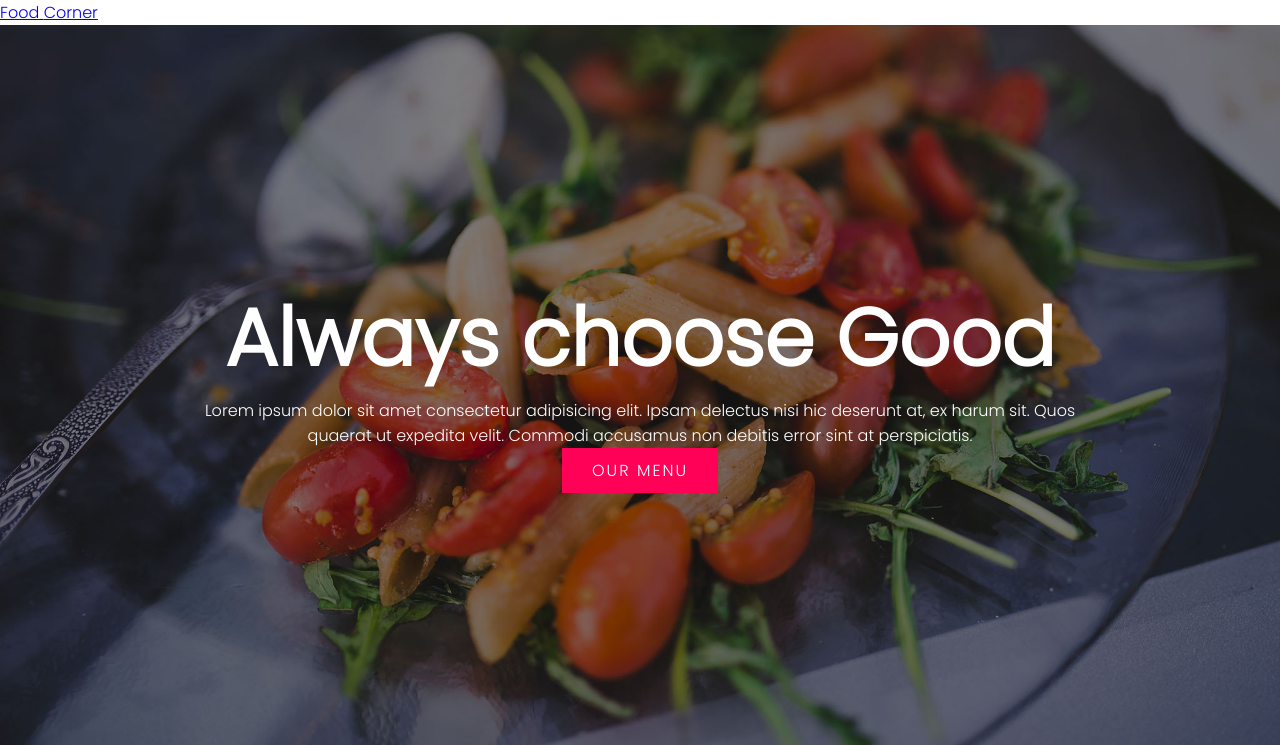
Repository: Adriandias1997/MobileFriendly_FoodWebsite
Page: index.html
The author's editor kept a copy of each file at every save. The page is drawn from the files as they stood at one save, then again after the next save.
The browser window is 1280 px wide. The pictures show the whole page.

Above is the page before, as saved 2020-10-16 10:47:30.

After the next save:
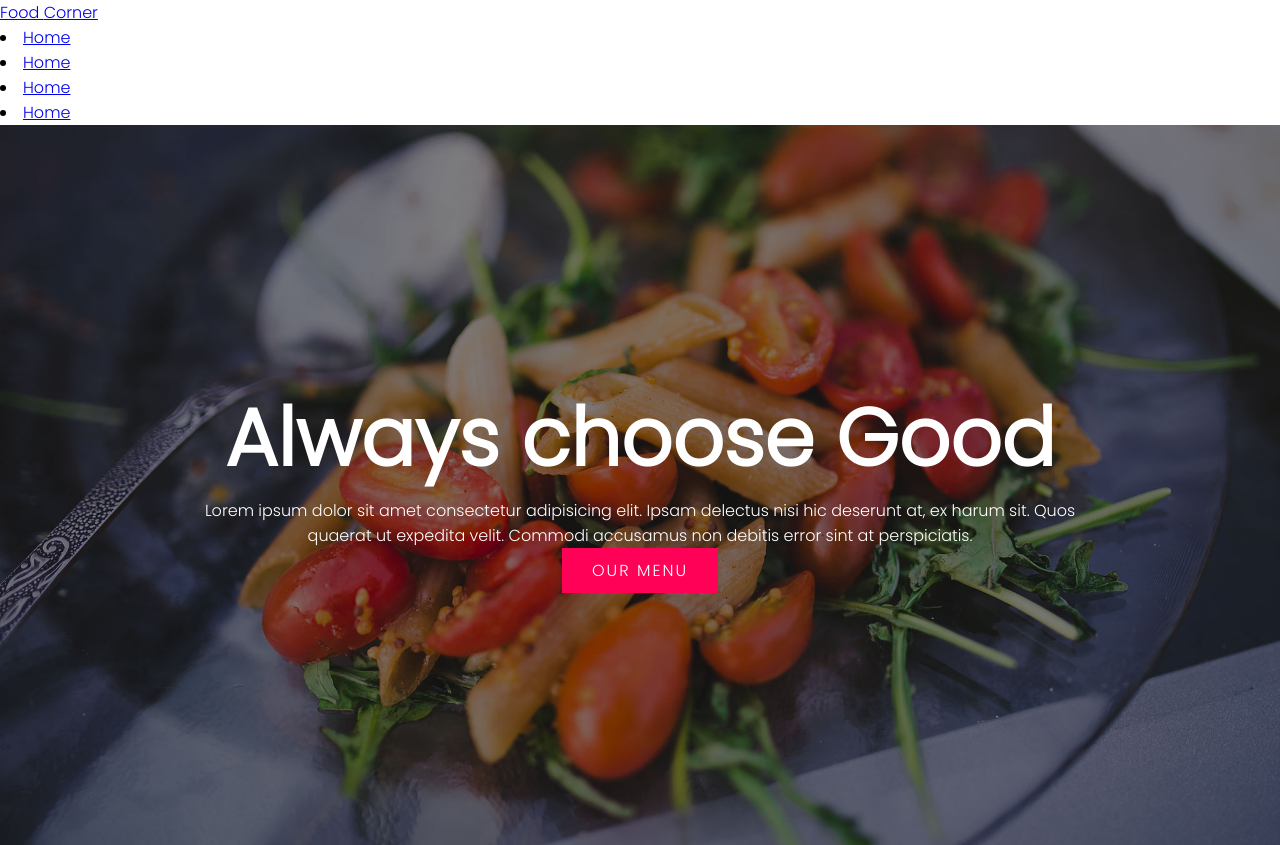
Saved 31 s later.
--- a/index.html
+++ b/index.html
@@ -12,6 +12,13 @@
     <header>
         <a href="#" class="logo">Food <span>Corner</span></a>
         <ul class="navigation"></ul>
+        <li><a href="#">Home</a></li>
+        <li><a href="#">Home</a></li>
+
+        <li><a href="#">Home</a></li>
+
+        <li><a href="#">Home</a></li>
+
     </header>
     <section class="banner" id="banner">
         <div class="content">
